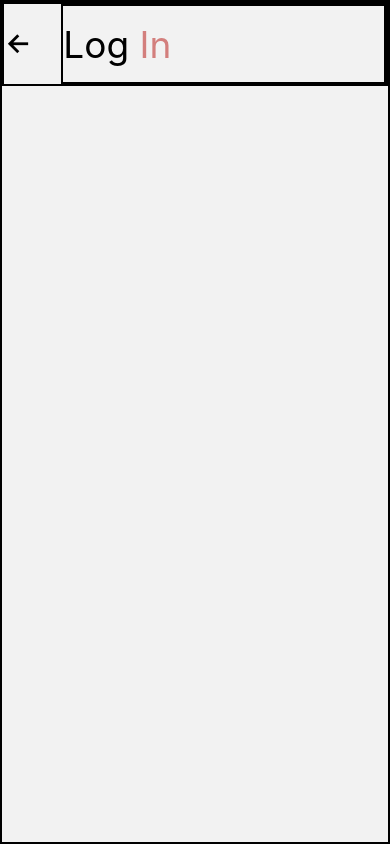
Repository: kgayathridevi/pregband
Screen: /
The author's editor kept a copy of each file at every save. The screen is drawn from the files as they stood at one save, then again after the next save.
The app was drawn by React Native's web renderer in a window 390 px wide. The project was rebuilt for these pictures with package versions that can differ from the ones it lists, and the page was loaded fresh each time. Also part of the build but not shown: component/SignUpScreen.jsx, component/Home.jsx.

Above is the screen before, as saved 2023-04-28 15:01:15.

After the next save:
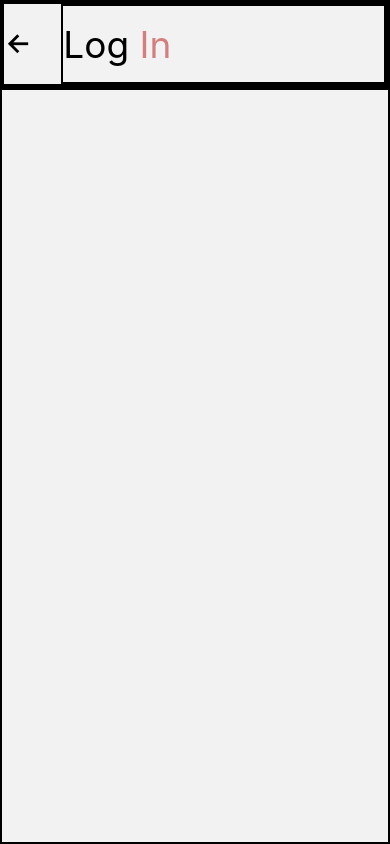
Saved 36 s later.
--- a/component/LogInScreen.jsx
+++ b/component/LogInScreen.jsx
@@ -58,5 +58,7 @@ const styles = StyleSheet.create({
     color: "#D37F7D",
   },
 
-  mainContainer: {},
+  mainContainer: {
+    borderWidth: 2,
+  },
 });
